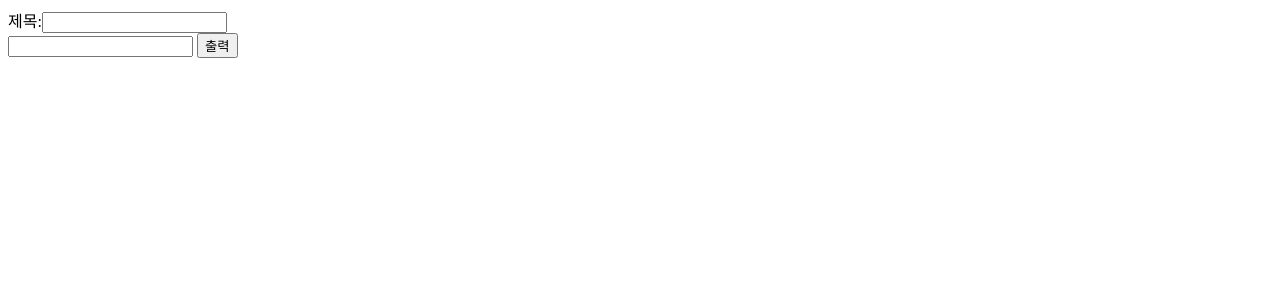
Repository: water-case/Servlet_JSP_JSPMVC
Page: workspace/JSPPrj/src/main/webapp/reg.html
The author's editor kept a copy of each file at every save. The page is drawn from the files as they stood at one save, then again after the next save.
The browser window is 1280 px wide. The pictures show the whole page.

Above is the page before, as saved 2021-08-25 01:12:08.

After the next save:
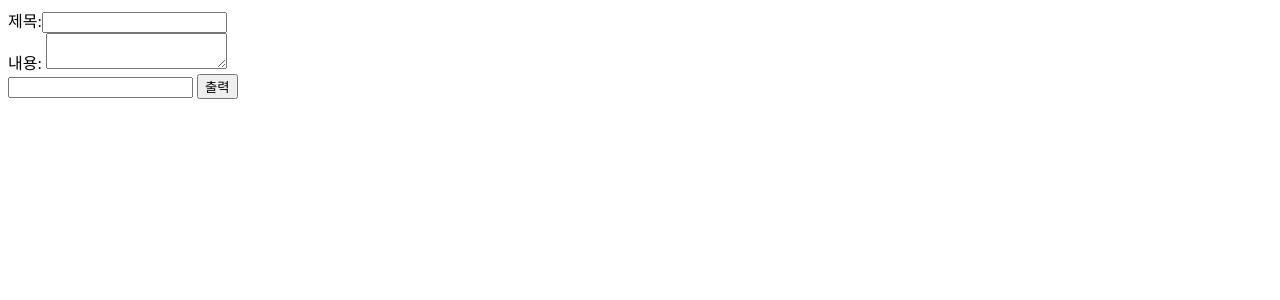
Saved 25 s later.
--- a/workspace/JSPPrj/src/main/webapp/reg.html
+++ b/workspace/JSPPrj/src/main/webapp/reg.html
@@ -11,6 +11,10 @@
 				<label>제목:</label><input type="text">
 			</div>
 			<div>
+				<label>내용:</label>
+				<textarea></textarea>
+			</div>
+			<div>
 				<input type="text" name="cnt" />
 				<input type="submit" value="출력" />
 			</div>
